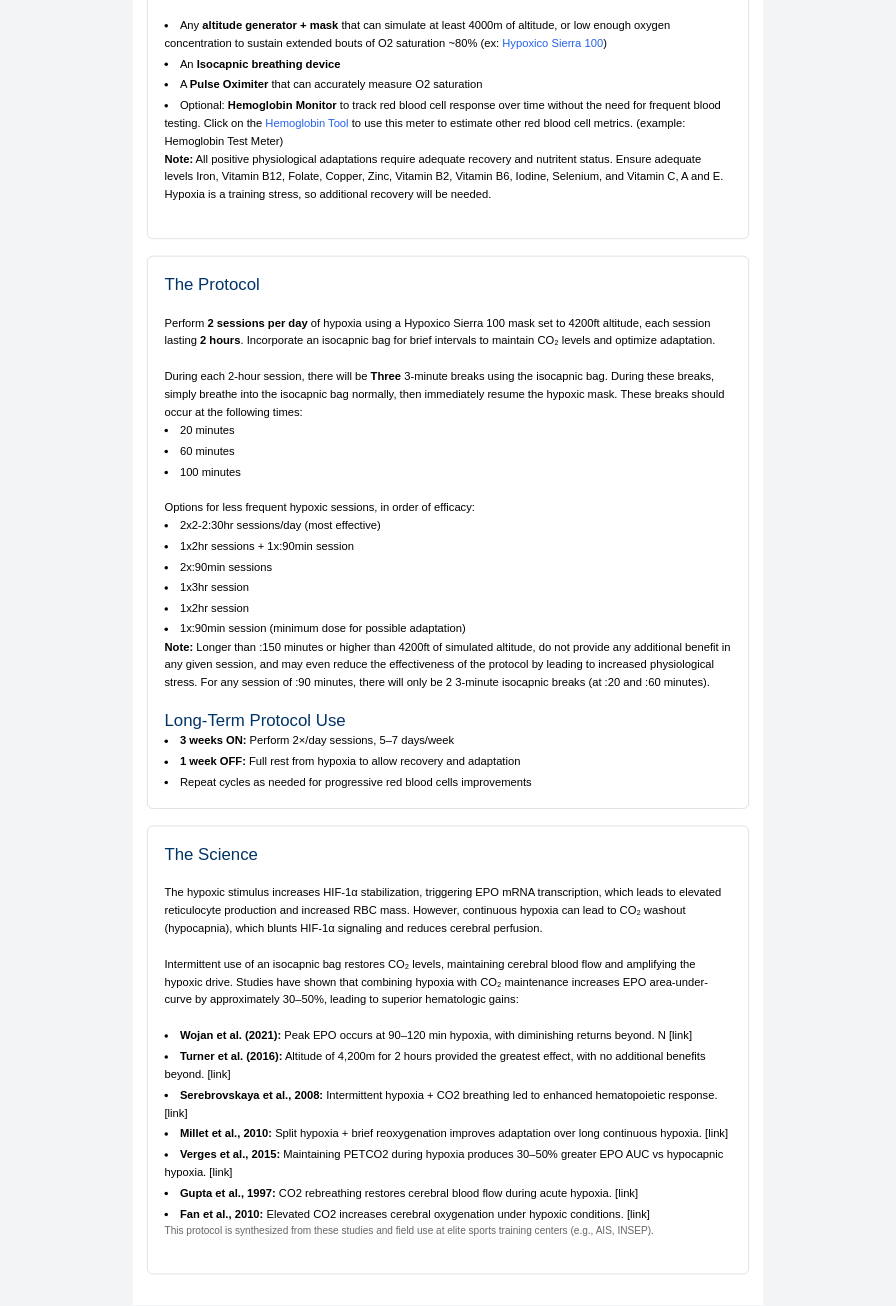
Repository: austenhughes1/hemoglobin_rbc_metrics
Page: hypoxia_protocol.html
The author's editor kept a copy of each file at every save. The page is drawn from the files as they stood at one save, then again after the next save.
The browser window is 1280 px wide. The pictures show the part of the page from y = 928 to 2848 px (the page is 2793 px tall before and 2848 px after), at 70% of full size.
Some web libraries are served in a nearby version.

Above is the page before, as saved 2025-06-26 15:34:19.

### hypoxia_protocol.html
<!DOCTYPE html>
<html lang="en">
<head>
  <meta charset="UTF-8" />
  <meta name="viewport" content="width=device-width, initial-scale=1.0"/>
  <title>Hemocalc PRO Hypoxia + Isocapnic Bag Protocol</title>
  <script src="https://cdn.tailwindcss.com"></script>
  <style>
    /* Typography & layout for the content area */
    .content {
      font-family: Arial, sans-serif;
      line-height: 1.6;
      padding: 20px;
      max-width: 900px;
      margin: auto;
      background: white;
    }
    h1, h2, h3 { color: #003366; }
    h1 { border-bottom: 2px solid #003366; padding-bottom: 5px; }
    .citation { font-size: 0.9em; color: #666; }
  </style>
</head>
<body class="bg-gray-100 min-h-screen">

  <!-- Full‐width sticky header -->
  <header class="sticky top-0 z-20 bg-gray-100 shadow-sm w-full">
    <nav class="flex justify-start space-x-2 px-4 py-3">
      <a
        href="index.html"
        class="px-4 py-2 border border-b-0 rounded-t bg-gray-100 text-gray-900 font-medium whitespace-nowrap"
      >
        Hemoglobin Tool
      </a>
      <a
        href="hypoxia_protocol.html"
        class="px-4 py-2 border border-b-0 rounded-t bg-white text-gray-600 hover:bg-gray-200 whitespace-nowrap"
      >
        Hypoxia Protocol
      </a>
    </nav>
  </header>

  <!-- Main content container -->
  <div class="content">
    <h1 class="text-4xl font-bold mb-4">Hypoxia Protocol for Increased Endurance and/or Altitude Adaptation</h1>

    <section class="border border-gray-300 rounded-lg p-6 mb-6 bg-white">
        <h2 class="text-2xl">Why Use This Protocol?</h2>
        <br>
        <p>
        This protocol is designed for endurance athletes, high-altitude athletes, or any individuals aiming to increase their red blood cell (RBC) mass, improve oxygen transport, and improve endurance athletic performance without the use of WADA banned substances.
        </p>
        <br>
        <p>
        Classically, altitude training blocks or altitude exposures such as altitude tents have been a staple for endurance athletes to improve performance. However, these methods have their drawbacks; training at altitude reduces the quality of higher intensity sessions, and altitude tents can reduce sleep quality and recovery. This protocol can ben done in 2-4 hours per day, and can be done while peforming any daily activity that doesn't require you to move to many different rooms or locations (e.g., working at a computer, reading or watching television, etc).
        </p>
        <br>
        <p>
        This protocol can be used anywhere, at any time, once you have the equipment. It is designed to be used in conjunction with your normal training schedule, allowing you to maintain high-quality training while still reaping the benefits of altitude exposure. Even when used while living and/or training at altitude, this protocol will provide benefits above and beyond what can be achieved through altitude exposure alone.
        </p>
        <br>
        <p>By combining controlled hypoxia sessions with intermittent isocapnic breathing, this approach:</p>
        <br>
        <ul class="list-disc list-inside space-y-1">
            <li>Stimulates <strong>erythropoietin (EPO)</strong> production and reticulocyte response</li>
            <li>Enhances <strong>red blood cell mass</strong> for improved endurance</li>
            <li>Enhances <strong>iron</strong> utilization ceruloplasmin production </li>
            <li>Maintains <strong>cerebral perfusion</strong> and reduces central fatigue during hypoxia</li>
        </ul>
    </section>

    <section class="border border-gray-300 rounded-lg p-6 mb-6 bg-white">
        <h2 class="text-2xl">Equipment Needed</h2>
        <br>
        <ul class="list-disc list-inside space-y-1">
            <li>Any <strong>altitude generator + mask</strong> that can simulate at least 4000m of altitude, or low enough oxygen concentration to sustain extended bouts of O2 saturation ~80% (ex: <a class="text-blue-600 hover:underline" href="https://hypoxico.com/products/sierra-100" target="_blank">Hypoxico Sierra 100</a>)</li>
            <li>An <strong>Isocapnic breathing device</strong></li>
            <li>A <strong>Pulse Oximiter</strong> that can accurately measure O2 saturation</li>
            <li>Optional: <strong>Hemoglobin Monitor</strong> to track red blood cell response over time without the need for frequent blood testing. Click on the <a class="text-blue-600 hover:underline" href="https://www.hemocalc.pro/index.html">Hemoglobin Tool</a> to use this meter to estimate other red blood cell metrics. (example: <a href="https://amzn.to/4lqfsCO">Hemoglobin Test Meter</a>)</li>
        </ul>
        <p>
        <strong>Note:</strong> All positive physiological adaptations require adequate recovery and nutritent status. Ensure adequate levels Iron, Vitamin B12, Folate, Copper, Zinc, Vitamin B2, Vitamin B6, Iodine, Selenium, and Vitamin C, A and E. Hypoxia is a training stress, so additional recovery will be needed.
        </p>
        <br>
    </section>

    <section class="border border-gray-300 rounded-lg p-6 mb-6 bg-white">
        <h2 class="text-2xl">The Protocol</h2>
        <br>
        <p>
        Perform <strong>2 sessions per day</strong> of hypoxia using a Hypoxico Sierra 100 mask set to 4200ft altitude, each session lasting <strong>2 hours</strong>. Incorporate an isocapnic bag for brief intervals to maintain CO₂ levels and optimize adaptation.
        </p>
        <br>

        <p>
        During each 2-hour session, there will be <strong>Three</strong> 3-minute breaks using the isocapnic bag. During these breaks, simply breathe into the isocapnic bag normally, then immediately resume the hypoxic mask. These breaks should occur at the following times:
        <ul class="list-disc list-inside space-y-1">
            <li>20 minutes</li>
            <li>60 minutes</li>
            <li>100 minutes</li>
        </ul>
        </p>
        <br>

        <p>
        Options for less frequent hypoxic sessions, in order of efficacy:
        <ul class="list-disc list-inside space-y-1">
            <li>2x2-2:30hr sessions/day (most effective)</li>
            <li>1x2hr sessions + 1x:90min session</li>
            <li>2x:90min sessions</li>
            <li>1x3hr session</li>
            <li>1x2hr session</li>
            <li>1x:90min session (minimum dose for possible adaptation)</li>
        </ul>
        <strong>Note:</strong> Longer than :150 minutes or higher than 4200ft of simulated altitude, do not provide any additional benefit in any given session, and may even reduce the effectiveness of the protocol by leading to increased physiological stress. For any session of :90 minutes, there will only be 2 3-minute isocapnic breaks (at :20 and :60 minutes).
        </p>
        <br>

        <h2 class="text-2xl">Long-Term Protocol Use</h2>
        <ul class="list-disc list-inside space-y-1">
        <li><strong>3 weeks ON:</strong> Perform 2×/day sessions, 5–7 days/week</li>
        <li><strong>1 week OFF:</strong> Full rest from hypoxia to allow recovery and adaptation</li>
        <li>Repeat cycles as needed for progressive red blood cells improvements</li>
        </ul>
    </section>


    <section class="border border-gray-300 rounded-lg p-6 mb-6 bg-white">
        <h2 class="text-2xl">The Science </h2>
        <br>
        <p>
        The hypoxic stimulus increases HIF-1α stabilization, triggering EPO mRNA transcription, which leads to elevated reticulocyte production and increased RBC mass. However, continuous hypoxia can lead to CO₂ washout (hypocapnia), which blunts HIF-1α signaling and reduces cerebral perfusion.
        </p>
        <br>
        <p>
        Intermittent use of an isocapnic bag restores CO₂ levels, maintaining cerebral blood flow and amplifying the hypoxic drive. Studies have shown that combining hypoxia with CO₂ maintenance increases EPO area-under-curve by approximately 30–50%, leading to superior hematologic gains:
        </p>
        <br>
        <ul class="list-disc list-inside space-y-1">
            <li><strong>Wojan et al. (2021):</strong> Peak EPO occurs at 90–120 min hypoxia, with diminishing returns beyond. N [<a href="https://digitalcommons.wku.edu/ijesab/vol2/iss13/14/" target="_blank">link</a>]</li>
            <li><strong>Turner et al. (2016):</strong> Altitude of 4,200m for 2 hours provided the greatest effect, with no additional benefits beyond. [<a href="chrome-extension://efaidnbmnnnibpcajpcglclefindmkaj/https://scispace.com/pdf/the-time-course-of-endogenous-erythropoietin-il-6-and-tnfa-ay76186dmp.pdf?utm_source=chatgpt.com" target="_blank">link</a>]</li>

            <li><strong>Serebrovskaya et al., 2008:</strong> Intermittent hypoxia + CO2 breathing led to enhanced hematopoietic response. [<a href="https://pubmed.ncbi.nlm.nih.gov/18331220/" target="_blank">link</a>]</li>
            <li><strong>Millet et al., 2010:</strong> Split hypoxia + brief reoxygenation improves adaptation over long continuous hypoxia. [<a href="https://pubmed.ncbi.nlm.nih.gov/20020784/" target="_blank">link</a>]</li>
            <li><strong>Verges et al., 2015:</strong> Maintaining PETCO2 during hypoxia produces 30–50% greater EPO AUC vs hypocapnic hypoxia. [<a href="https://pubmed.ncbi.nlm.nih.gov/26319812/" target="_blank">link</a>]</li>
            <li><strong>Gupta et al., 1997:</strong> CO2 rebreathing restores cerebral blood flow during acute hypoxia. [<a href="https://pubmed.ncbi.nlm.nih.gov/9096307/" target="_blank">link</a>]</li>
            <li><strong>Fan et al., 2010:</strong> Elevated CO2 increases cerebral oxygenation under hypoxic conditions. [<a href="https://pubmed.ncbi.nlm.nih.gov/19828899/" target="_blank">link</a>]</li>
        </ul>

        <p class="citation">
        This protocol is synthesized from these studies and field use at elite sports training centers (e.g., AIS, INSEP).
        </p>
        <br>
    </section>
  </div>
</body>
</html>

After the next save:
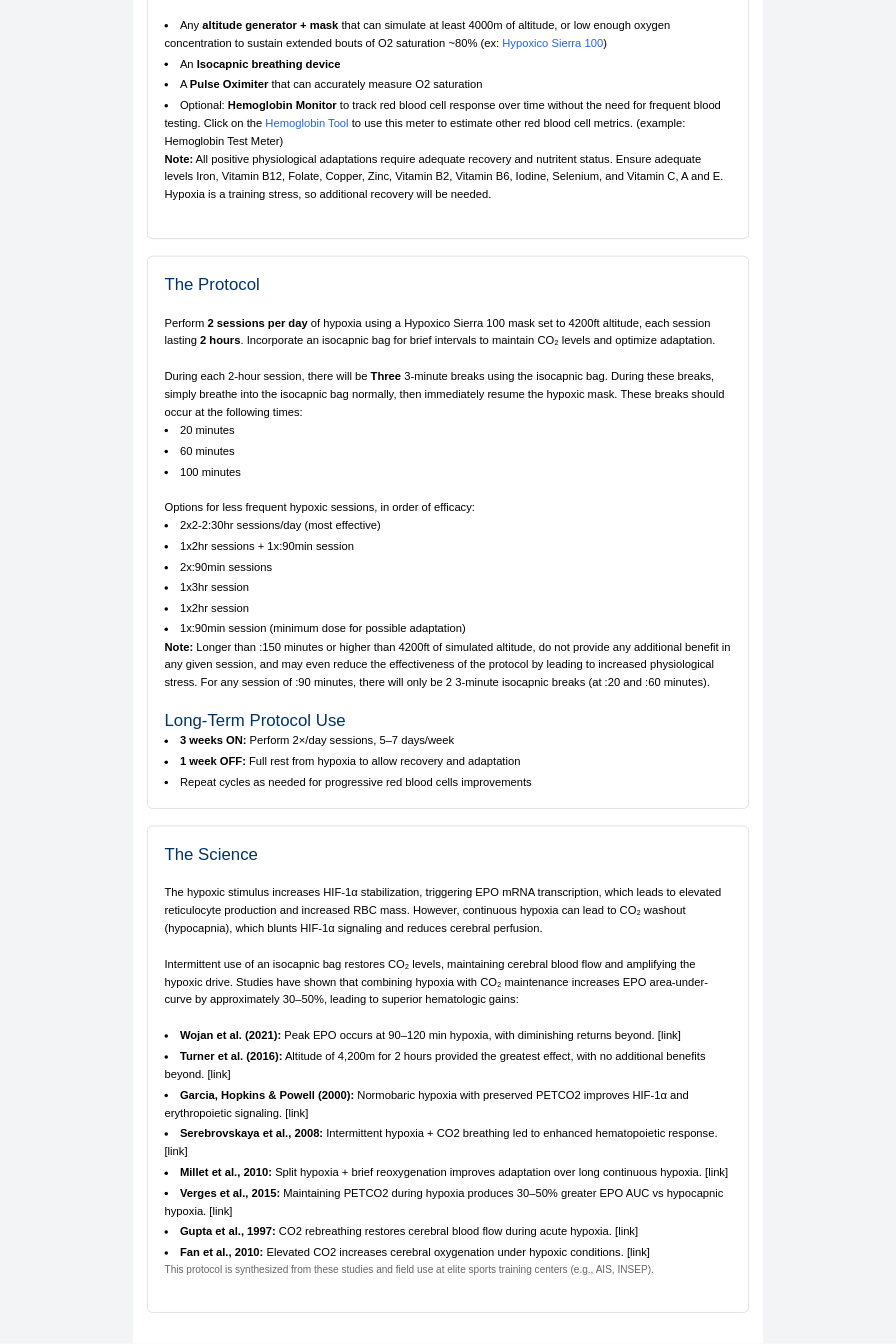
Saved 5 min 27 s later.
--- a/hypoxia_protocol.html
+++ b/hypoxia_protocol.html
@@ -137,8 +137,9 @@
         </p>
         <br>
         <ul class="list-disc list-inside space-y-1">
-            <li><strong>Wojan et al. (2021):</strong> Peak EPO occurs at 90–120 min hypoxia, with diminishing returns beyond. N [<a href="https://digitalcommons.wku.edu/ijesab/vol2/iss13/14/" target="_blank">link</a>]</li>
+            <li><strong>Wojan et al. (2021):</strong> Peak EPO occurs at 90–120 min hypoxia, with diminishing returns beyond. [<a href="https://digitalcommons.wku.edu/ijesab/vol2/iss13/14/" target="_blank">link</a>]</li>
             <li><strong>Turner et al. (2016):</strong> Altitude of 4,200m for 2 hours provided the greatest effect, with no additional benefits beyond. [<a href="chrome-extension://efaidnbmnnnibpcajpcglclefindmkaj/https://scispace.com/pdf/the-time-course-of-endogenous-erythropoietin-il-6-and-tnfa-ay76186dmp.pdf?utm_source=chatgpt.com" target="_blank">link</a>]</li>
+            <li><strong>Garcia, Hopkins & Powell (2000):</strong> Normobaric hypoxia with preserved PETCO2 improves HIF-1α and erythropoietic signaling. [<a href="https://pubmed.ncbi.nlm.nih.gov/10996186/" target="_blank">link</a>]</li>
 
             <li><strong>Serebrovskaya et al., 2008:</strong> Intermittent hypoxia + CO2 breathing led to enhanced hematopoietic response. [<a href="https://pubmed.ncbi.nlm.nih.gov/18331220/" target="_blank">link</a>]</li>
             <li><strong>Millet et al., 2010:</strong> Split hypoxia + brief reoxygenation improves adaptation over long continuous hypoxia. [<a href="https://pubmed.ncbi.nlm.nih.gov/20020784/" target="_blank">link</a>]</li>
